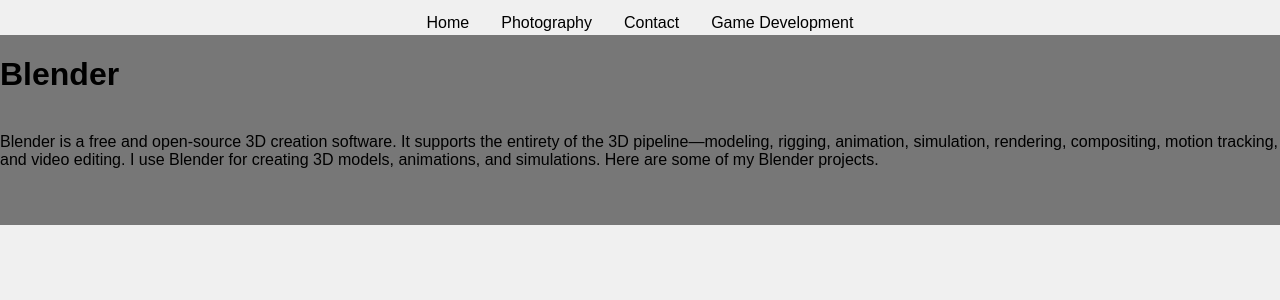
Repository: Argivist/ArgPortfolio
Page: game/index.html
An editor plug-in stored every save of this project. The page is shown before and after the next save, followed by the edit.
The browser window is 1280 px wide. The pictures show the whole page.

Above is the page before, as saved 2025-03-28 20:36:18.
Not found: css/game.css

### game/index.html
<!DOCTYPE html>
<html lang="en">

<head>
    <meta charset="UTF-8">
    <meta name="viewport" content="width=device-width, initial-scale=1.0">
    <link rel="stylesheet" href="../css/styles.css">
    <link rel="stylesheet" href="../css/nav.css">
    <link rel="stylesheet" href="../css/items.css">
    <link rel="stylesheet" href="../css/game.css">
    <link rel="stylesheet" href="css/gamepreview.css">


    <title>Hutton Amison-Addy</title>

    <style>
        body{
            background-color: #f0f0f0;
            font-family: 'Arial', sans-serif;
        }
    </style>
</head>

<body>
    <nav>
        <ul>
            <li class="nav-content"><a href="../../index.html">Home</a></li>
            <li class="nav-content"><a href="https://www.instagram.com/theworldinoneseye/">Photography</a></li>

            <li class="dropdown nav-content">
                <a>Contact</a>
                <ul class="dropdown-content">
                    <li><a href="https://www.linkedin.com/in/hutton-amison-addy-7b1b3b1b1/">LinkedIn</a></li>
                    <li><a href="https://www.github.com/Argivist">GitHub</a></li>
                    <li><a href="mailto:hutton.amison@ashesi.edu.gh">hutton.amison@ashesi.edu.gh</a></li>
                    <li><a href="mailto:huttonaaddy.public@gmail.com">huttonaaddy.public@gmail.com</a></li>
                </ul>
            </li>

            <li class="dropdown nav-content active">
                <a href="#" class="active-text">Game Development</a>
                <ul class="dropdown-content">
                    <li><a>Game Development Projects</a></li>
                    <li class=""><a href="../blender/index.html">Blender</a></li>
                </ul>
            </li>
        </ul>
    </nav>
    <div class="padding">
    </div>
        <div class="overlay">

            <!-- aditional context -->
            <div>
                <h1>Blender</h1>
                <p class="desc">
                    Blender is a free and open-source 3D creation software. It supports the entirety of the 3D pipeline—modeling, rigging, animation, simulation, rendering, compositing, motion tracking, and video editing. I use Blender for creating 3D models, animations, and simulations. Here are some of my Blender projects.
                </p>
            </div>

            <!-- Preview -->
            <div id="previews"></div>

        </div>



</body>
<!-- Include PapaParse from CDN -->
<script src="https://cdnjs.cloudflare.com/ajax/libs/PapaParse/5.3.2/papaparse.min.js"></script>


<script src="./js/loadPreviews.js" defer></script>

</html>

### css/styles.css
body{
    height: 100%;
    margin: 0;
    padding: 0;
}

 p {
    white-space: pre-line; /* preserves newlines, but collapses extra spaces */
  }
  .overlay {
    /* position: fixed; */
    position: absolute;
    left: 0;
    width: 100%;
    /* height: 100%; */
    background-color: rgba(0, 0, 0, 0.5); /* Adjust opacity as needed */
    z-index: -1; /* Keeps it behind your content */
}

### css/nav.css
/* 1. Define default variables in :root */


/* NAV Content and Dropdown */
.nav-content {
    position: relative;
    display: inline-block;
}

.dropdown {
    position: relative; /* For proper absolute positioning of its child */
    display: inline-block;
}

.dropdown:hover .dropdown-content {
    display: block;
}

.dropdown-content {
    display: none;
    position: absolute; /* This makes it overlay other elements without affecting layout */
    background-color: var(--dropdown-bg);
    min-width: 160px;
    box-shadow: 0px 8px 16px 0px rgba(0,0,0,0.2);
    z-index: 1;
}

/* Nav Stylisation */
nav {
    background-color: var(--nav-bg);
    position: fixed;
    top: 0;
    left: 0;
    width: 100vw;
    z-index: 100;
    display: flex;
    justify-content: center;  /* Centers the nav content horizontally */
    align-items: center;      /* Vertically centers items */
    margin: 0;
    color: var(--nav-link-color);
}

/* Reserve space for the fixed navbar */
.padding {
    height: 35px;  /* Adjust this value to match your navbar's height */
    top: 0;
    left: 0;
    width: 100%;
    bottom: 0;
}

/* Nav List Styles */
nav ul {
    list-style-type: none;
    margin: 0;
    padding: 0;
    display: flex;
}

nav ul li {
    display: inline-block;
    margin: 0;
    text-align: center;
    /* If you want each <li> to match nav’s background: */
    background-color: var(--nav-bg);
}

/* Nav Links */
nav ul li a {
    display: block;
    color: var(--nav-link-color);
    text-align: center;
    padding: 14px 16px;
    text-decoration: none;
}

nav ul li a:hover {
    background-color: var(--nav-link-hover-bg);
    color: var(--nav-link-active-color);
}

/* Optional: Ensure dropdown list items take full width */
.dropdown ul li {
    width: 100%;
}

/* Active link styling */
.active {
    background-color: var(--active-bg);
    /* color: var(--nav-link-active-color); */
    text-decoration: none;
}
/* If .active is on the <li>, target the <a> inside */
.active-text{
    color: var(--nav-link-active-color);
}

### css/items.css

/* Container for preview items arranged in a 3-column grid */
#previews {
    display: grid;
    grid-template-columns: repeat(3, 1fr);
    gap: 20px; /* Adjust gap between items as needed */
    padding: 20px;
    height: fit-content;
  }
  @media (max-width: 768px) {
    #previews{
        display: block;
    }
}

/* Preview Box */
/* Make sure the preview box is positioned relative */
.preview-box {
    position: relative;
    width: 100%;
    height: 50vh;
    margin: 50px auto;
    border: 1px solid var(--preview-box-border-color);
    border-radius: 3px;
    overflow: hidden;
    cursor: pointer;
    box-shadow: 0 2px 8px rgba(0, 0, 0, 0.2);
    transition: transform 0.3s ease;
  }
  /* for smaller devices */
    @media (max-width: 768px) {
        .preview-box {
        height: 100vh;
        }
    }


  .preview-box:hover {
    transform: scale(1.03);
  }

  .preview-box:hover .preview-image {
    /* transform: scale(3); */
    transition: transform 0.3s ease;
    /* object-fit: cover; */
  }

  /* Ensure the image fills the container */
/* Ensure the image fills the container and is aligned to the left */
.preview-image {
    display: block;
    width: 100%;
    height: 100%;
    object-fit:cover;
    object-position: left center; /* Align image to the left */
    transition: 0.3s ease;
    transform: scale(1);
  }

  /* On hover, zoom out a bit (scale down) and keep it left-aligned */
  .preview-box:hover .preview-image {
    object-fit: fill;
    transition:  0.3s ease;
  }

  /* Pseudo-element for the mask overlay */
  .preview-box::before {
    content: "";
    position: absolute;
    bottom: 0;
    left: 0;
    width: 100%;
    height: 100%; /* Adjust height as needed */
    background: var(--preview-box-mask);
    pointer-events: none; /* Allows clicks to pass through */
    transition: opacity 0.3s ease;
  }

  /* On hover, fade out the mask */
  .preview-box:hover::before {
    opacity: 0;
  }


  /* Header as overlay at the bottom */
  .preview-header {
    position: absolute;
    bottom: 0;
    left: 0;
    width: 100%;
    background-color: transparent;
    color: var(--preview-header-color); /* using the color variable */
    text-align: center;
    padding: 10px;
    font-size: 1.2em;
    transition: background-color 0.3s ease;
  }

  /* Remove the opacity mask on hover */
  .preview-box:hover .preview-header {
    background-color:var(--preview-box-mask);

  }


  /* Modal Styles */
  .modal {
    display: none; /* Hidden by default */
    position: fixed;
    z-index: 200;
    left: 0;
    top: 0;
    width: 100%;
    height: 100%;
    overflow: auto; /* Enable scroll if needed */
    background-color: var(--modal-bg-color);
  }

  .modal-content {
    background-color: var(--modal-content-bg);
    margin: 5% auto;
    padding: 20px;
    width: 80%;
    max-width: 1000px;
    display: flex;
    flex-wrap: wrap;
    border-radius: 8px;
    position: relative;
  }

  .close {
    position: absolute;
    top: 10px;
    right: 15px;
    color: var(--close-color);
    font-size: 30px;
    font-weight: bold;
    cursor: pointer;
    transition: color 0.2s;
  }

  .close:hover {
    color: var(--close-hover-color);
  }

  /* Modal image container */
  .modal-image-container {
    flex: 2 1 60%;
    padding: 10px;
  }

  .modal-image {
    width: 100%;
    height: auto;
    border-radius: 4px;
  }

  /* Modal sidebar */
  .modal-sidebar {
    flex: 1 1 35%;
    padding: 10px;
    max-height: 80vh;
    overflow-y: auto;
    border-left: 2px solid var(--sidebar-border-color);
  }

  .modal-sidebar h2 {
    margin-top: 0;
  }

  .modal-description {
    font-size: 16px;
    line-height: 1.5;
  }

  /* Extra Images Container */
  .extra-images-container {
    display: flex;
    flex-wrap: wrap;
    gap: 10px;
    margin-top: 10px;
  }

  .extra-image {
    width: 100px;
    height: auto;
    border: 1px solid var(--extra-image-border-color);
    border-radius: 4px;
    cursor: pointer;
    transition: transform 0.2s;
  }

  .extra-image:hover {
    transform: scale(1.05);
  }

### game/css/gamepreview.css
:root {
      /* Preview Box Colors */
      --preview-box-border-color: #ccc;
      --preview-box-mask: rgba(255, 149, 0, 0.408);

      /* Header Colors */
      --preview-header-bg: var(--nav-bg, #333);
      --preview-header-color: var(--nav-link-color, #fff);

      /* Modal Colors */
      --modal-bg-color: rgba(0, 0, 0, 0.8);
      --modal-content-bg: #fff;

      /* Close Button Colors */
      --close-color: #aaa;
      --close-hover-color: #000;

      /* Sidebar Colors */
      --sidebar-border-color: #ccc;

      /* Extra Images Colors */
      --extra-image-border-color: #ccc;
}

### game/js/loadPreviews.js
document.addEventListener("DOMContentLoaded", () => {
  // Path to your CSV file
  const csvPath = 'data/items.csv';

  // Fetch the CSV file
  fetch(csvPath)
    .then(response => response.text())
    .then(csvText => {
      // Parse CSV using PapaParse (with header: true)
      Papa.parse(csvText, {
        header: true,
        skipEmptyLines: true,
        complete: function(results) {
          const data = results.data;
          // For each row in the CSV, create a preview box
          data.forEach(row => {
            createPreview(row);
          });
        },
        error: function(err) {
          console.error("Error parsing CSV:", err);
        }
      });
    })
    .catch(error => console.error("Error fetching CSV:", error));
});

/**
 * Creates a preview box element from a CSV row.
 * @param {Object} row - A row object from the CSV with keys: mainImage, header, description, otherImagesFolder.
 */
// function createPreview(row) {
//   // Create the container for the preview box
//   const previewBox = document.createElement('div');
//   previewBox.classList.add('preview-box');

//   // Create header element
//   const previewHeader = document.createElement('div');
//   previewHeader.classList.add('preview-header');
//   previewHeader.textContent = row.header;

//   // Create the image element
//   const previewImage = document.createElement('img');
//   // Adjust the image path if necessary
//   previewImage.src = `content/${row.mainImage}/main.jpg`;
//   previewImage.alt = row.header;

//   // Append header and image to the preview box
//   previewBox.appendChild(previewHeader);
//   previewBox.appendChild(previewImage);

//   // Add click event listener to open the modal
//   previewBox.addEventListener('click', () => {
//     openModal(row);
//   });

//   // Append the preview box to a container on the page.
//   // Make sure you have a container with id "previews" in your HTML.
//   document.getElementById('previews').appendChild(previewBox);
// }
function createPreview(row) {
  const previewBox = document.createElement('div');
  previewBox.classList.add('preview-box');

  let mediaElement;
  if (row.mediaType === 'video') {
    mediaElement = document.createElement('video');
    mediaElement.classList.add('preview-video');
    mediaElement.muted = true;
    mediaElement.loop = true;
    mediaElement.autoplay = true;
    const source = document.createElement('source');
    source.src = `content/${row.mainMedia}/main.${row.format}`; // video path
    source.type = 'video/mp4';
    mediaElement.appendChild(source);
  } else {
    mediaElement = document.createElement('img');
    mediaElement.classList.add('preview-image');
    mediaElement.src = `content/${row.mainMedia}/main.jpg`;
    mediaElement.alt = row.header;
  }
  previewBox.appendChild(mediaElement);

  const previewHeader = document.createElement('div');
  previewHeader.classList.add('preview-header');
  previewHeader.textContent = row.header;
  previewBox.appendChild(previewHeader);

  previewBox.addEventListener('click', () => {
    openModal(row);
  });
  document.getElementById('previews').appendChild(previewBox);
}

/**
 * Opens a modal window displaying the expanded image and sidebar.
 * @param {Object} row - The CSV row data.
//  */
// function openModal(row) {
//   // Create the modal container
//   const modal = document.createElement('div');
//   modal.classList.add('modal');

//   // Create modal content container
//   const modalContent = document.createElement('div');
//   modalContent.classList.add('modal-content');

//   // Create the close button
//   const closeBtn = document.createElement('span');
//   closeBtn.classList.add('close');
//   closeBtn.innerHTML = '&times;';
//   closeBtn.addEventListener('click', () => {
//     modal.style.display = 'none';
//     modal.remove();
//   });
//   modalContent.appendChild(closeBtn);

//   // Create the image container for the main image
//   const imageContainer = document.createElement('div');
//   imageContainer.classList.add('modal-image-container');
//   const modalImage = document.createElement('img');
//   modalImage.classList.add('modal-image');
//   modalImage.src = `content/${row.mainImage}/main.jpg`;
//   modalImage.alt = row.header;
//   imageContainer.appendChild(modalImage);
//   modalContent.appendChild(imageContainer);

//   // Create the sidebar for header, description, and extra images
//   const modalSidebar = document.createElement('div');
//   modalSidebar.classList.add('modal-sidebar');

//   // Sidebar Header
//   const sidebarHeader = document.createElement('h2');
//   sidebarHeader.textContent = row.header;
//   modalSidebar.appendChild(sidebarHeader);

//   // Description
//   const descriptionDiv = document.createElement('div');
//   descriptionDiv.classList.add('modal-description');
//   const descriptionPara = document.createElement('p');
//   descriptionPara.textContent = row.description;
//   descriptionDiv.appendChild(descriptionPara);
//   modalSidebar.appendChild(descriptionDiv);

//   // Extra Images Container
//   const extraImagesContainer = document.createElement('div');
//   extraImagesContainer.classList.add('extra-images-container');
//   // Load extra images recursively
//   loadExtraImages(row.otherImagesFolder, 1, extraImagesContainer);

//   // Append the extra images container to the sidebar
//   modalSidebar.appendChild(extraImagesContainer);
//   modalContent.appendChild(modalSidebar);

//   // Append the modal content to the modal container
//   modal.appendChild(modalContent);
//   // Append the modal to the body
//   document.body.appendChild(modal);

//   // Display the modal
//   modal.style.display = 'block';

//   // Optional: Close the modal when clicking outside of the modal content
//   modal.addEventListener('click', (event) => {
//     if (event.target === modal) {
//       modal.style.display = 'none';
//       modal.remove();
//     }
//   });
// }
function openModal(row) {
  // Create the modal container
  const modal = document.createElement('div');
  modal.classList.add('modal');

  // Create modal content container
  const modalContent = document.createElement('div');
  modalContent.classList.add('modal-content');

  // Create the close button
  const closeBtn = document.createElement('span');
  closeBtn.classList.add('close');
  closeBtn.innerHTML = '&times;';
  closeBtn.addEventListener('click', () => {
    modal.style.display = 'none';
    modal.remove();
  });
  modalContent.appendChild(closeBtn);

  // Create the media container for the main media (image or video)
  const mediaContainer = document.createElement('div');
  mediaContainer.classList.add('modal-image-container');

  // Check the media type: if "video", create a video element; otherwise, create an image element
  if (row.mediaType && row.mediaType.toLowerCase() === 'video') {
    const modalVideo = document.createElement('video');
    modalVideo.classList.add('modal-video');
    modalVideo.controls = true;
    // Adjust the path as needed (e.g., folder and file name)
    const source = document.createElement('source');
    source.src = `content/${row.mainMedia}/main.mp4`;
    source.type = 'video/mp4';
    modalVideo.appendChild(source);
    mediaContainer.appendChild(modalVideo);
  } else {
    const modalImage = document.createElement('img');
    modalImage.classList.add('modal-image');
    // Adjust the path as needed (e.g., folder and file name)
    modalImage.src = `content/${row.mainMedia}/main.jpg`;
    modalImage.alt = row.header;
    mediaContainer.appendChild(modalImage);
  }
  modalContent.appendChild(mediaContainer);

  // Create the sidebar for header, description, and extra images
  const modalSidebar = document.createElement('div');
  modalSidebar.classList.add('modal-sidebar');

  // Sidebar Header
  const sidebarHeader = document.createElement('h2');
  sidebarHeader.textContent = row.header;
  modalSidebar.appendChild(sidebarHeader);

  // Description
  const descriptionDiv = document.createElement('div');
  descriptionDiv.classList.add('modal-description');
  const descriptionPara = document.createElement('p');
  // descriptionPara.textContent = row.description;
  descriptionPara.innerHTML = row.description;
  descriptionDiv.appendChild(descriptionPara);
  modalSidebar.appendChild(descriptionDiv);

  // Extra Images Container (remains unchanged)
  const extraImagesContainer = document.createElement('div');
  extraImagesContainer.classList.add('extra-images-container');
  loadExtraImages(row.otherImagesFolder, 1, extraImagesContainer);
  modalSidebar.appendChild(extraImagesContainer);

  modalContent.appendChild(modalSidebar);
  modal.appendChild(modalContent);
  document.body.appendChild(modal);

  // Display the modal
  modal.style.display = 'block';

  // Optional: Close the modal when clicking outside of the modal content
  modal.addEventListener('click', (event) => {
    if (event.target === modal) {
      modal.style.display = 'none';
      modal.remove();
    }
  });
}

/**
 * Recursively attempts to load extra images from the specified folder.
 * Stops when an image fails to load.
 * @param {string} folder - The folder containing extra images.
 * @param {number} index - The current image index to attempt.
 * @param {HTMLElement} container - The container to which extra images are appended.
 */
function loadExtraImages(folder, index, container) {
  const img = new Image();
  img.classList.add('extra-image');
  img.src = `content/${folder}/${index}.jpg`;
  img.alt = `Extra image ${index}`;

  // If the image loads, append it and try the next one
  img.onload = () => {
    container.appendChild(img);
    // Recursively attempt to load the next image
    loadExtraImages(folder, index + 1, container);
  };

  // If the image fails to load, stop the recursion
  img.onerror = () => {
    console.log(`No image found at content/${folder}/${index}.jpg, stopping extra images load.`);
  };
}

After the next save:
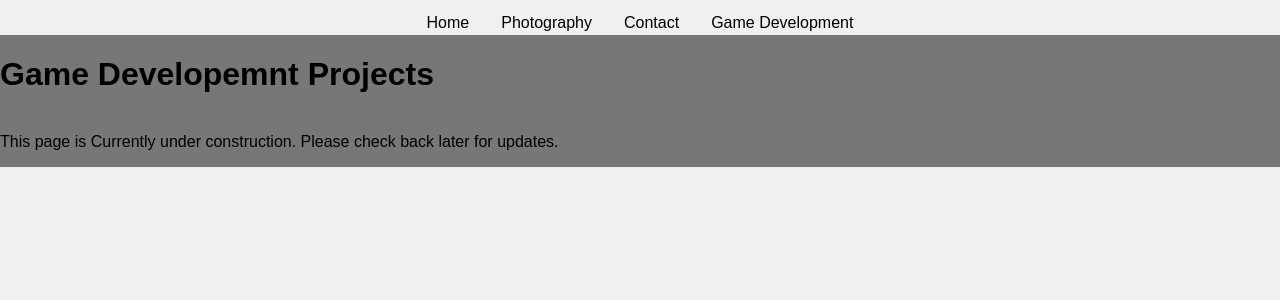
Saved 64 s later.
--- a/game/index.html
+++ b/game/index.html
@@ -52,14 +52,14 @@
 
             <!-- aditional context -->
             <div>
-                <h1>Blender</h1>
+                <h1>Game Developemnt Projects</h1>
                 <p class="desc">
-                    Blender is a free and open-source 3D creation software. It supports the entirety of the 3D pipeline—modeling, rigging, animation, simulation, rendering, compositing, motion tracking, and video editing. I use Blender for creating 3D models, animations, and simulations. Here are some of my Blender projects.
+                    This page is Currently under construction. Please check back later for updates.
                 </p>
             </div>
 
             <!-- Preview -->
-            <div id="previews"></div>
+            <!-- <div id="previews"></div> -->
 
         </div>
 
@@ -67,9 +67,8 @@
 
 </body>
 <!-- Include PapaParse from CDN -->
-<script src="https://cdnjs.cloudflare.com/ajax/libs/PapaParse/5.3.2/papaparse.min.js"></script>
-
-
-<script src="./js/loadPreviews.js" defer></script>
+ <!-- uncomment when ready to edit -->
+<!-- <script src="https://cdnjs.cloudflare.com/ajax/libs/PapaParse/5.3.2/papaparse.min.js"></script> -->
+<!-- <script src="./js/loadPreviews.js" defer></script> -->
 
 </html>
